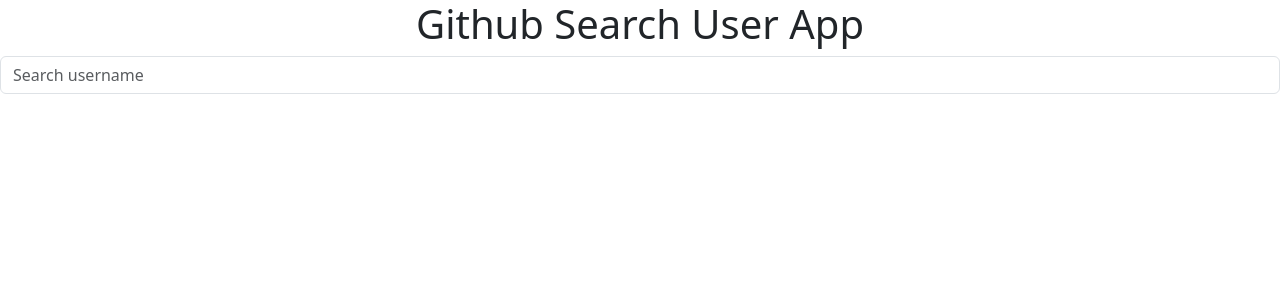
Repository: solox-cyber/Github-search-user
Page: index.html
These files come from the project's save history. The page is drawn as it stood at one moment and after a run of saves; the edit follows.
The browser window is 1280 px wide. The pictures show the whole page.

Above is the page before, as saved 2023-03-25 17:07:54.

### index.html
<!DOCTYPE html>
<html lang="en">
<head>
    <meta charset="UTF-8">
    <meta http-equiv="X-UA-Compatible" content="IE=edge">
    <meta name="viewport" content="width=device-width, initial-scale=1.0">
    <title>Github Search User Using Github API</title>
    <link href="https://cdn.jsdelivr.net/npm/bootstrap@5.3.0-alpha2/dist/css/bootstrap.min.css" rel="stylesheet" integrity="sha384-aFq/bzH65dt+w6FI2ooMVUpc+21e0SRygnTpmBvdBgSdnuTN7QbdgL+OapgHtvPp" crossorigin="anonymous">
</head>
<body>
   <div class="container">
    <h1 style="text-align: center;">
    Github Search User App
    </h1>
   </div>
  <form id="myForm" autocomplete="off" action="">
    <div class="form-group">
        <input type="text" name="" class="form-control" placeholder="Search username" id="">
    </div>
  </form>
    <script src="https://cdn.jsdelivr.net/npm/bootstrap@5.3.0-alpha2/dist/js/bootstrap.bundle.min.js" integrity="sha384-qKXV1j0HvMUeCBQ+QVp7JcfGl760yU08IQ+GpUo5hlbpg51QRiuqHAJz8+BrxE/N" crossorigin="anonymous"></script>
</body>
</html>

After the next 2 saves:
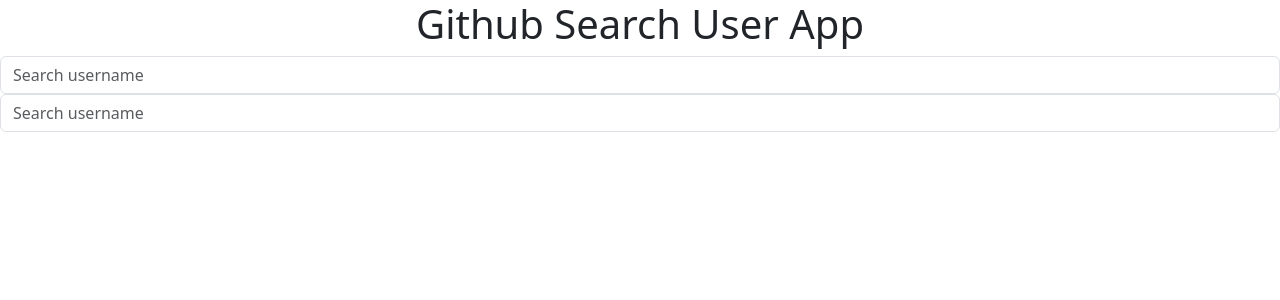
The 2 saves are shown as one change because they came seconds apart.
The last was saved 26 s later.
--- a/index.html
+++ b/index.html
@@ -17,6 +17,9 @@
     <div class="form-group">
         <input type="text" name="" class="form-control" placeholder="Search username" id="">
     </div>
+    <div class="form-group">
+        <input type="text" name="" class="form-control" placeholder="Search username" id="">
+    </div>
   </form>
     <script src="https://cdn.jsdelivr.net/npm/bootstrap@5.3.0-alpha2/dist/js/bootstrap.bundle.min.js" integrity="sha384-qKXV1j0HvMUeCBQ+QVp7JcfGl760yU08IQ+GpUo5hlbpg51QRiuqHAJz8+BrxE/N" crossorigin="anonymous"></script>
 </body>

After the 2 saves that followed:
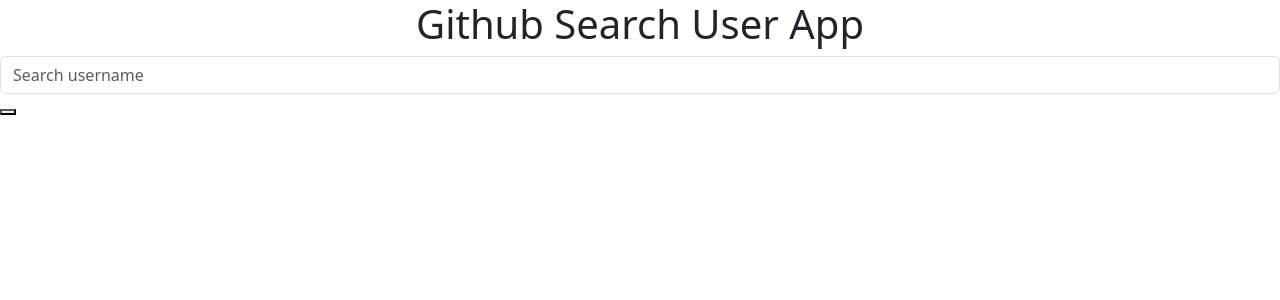
The 2 saves are shown as one change because they came seconds apart.
The last was saved 17 s later.
--- a/index.html
+++ b/index.html
@@ -18,7 +18,7 @@
         <input type="text" name="" class="form-control" placeholder="Search username" id="">
     </div>
     <div class="form-group">
-        <input type="text" name="" class="form-control" placeholder="Search username" id="">
+      <button></button>
     </div>
   </form>
     <script src="https://cdn.jsdelivr.net/npm/bootstrap@5.3.0-alpha2/dist/js/bootstrap.bundle.min.js" integrity="sha384-qKXV1j0HvMUeCBQ+QVp7JcfGl760yU08IQ+GpUo5hlbpg51QRiuqHAJz8+BrxE/N" crossorigin="anonymous"></script>
